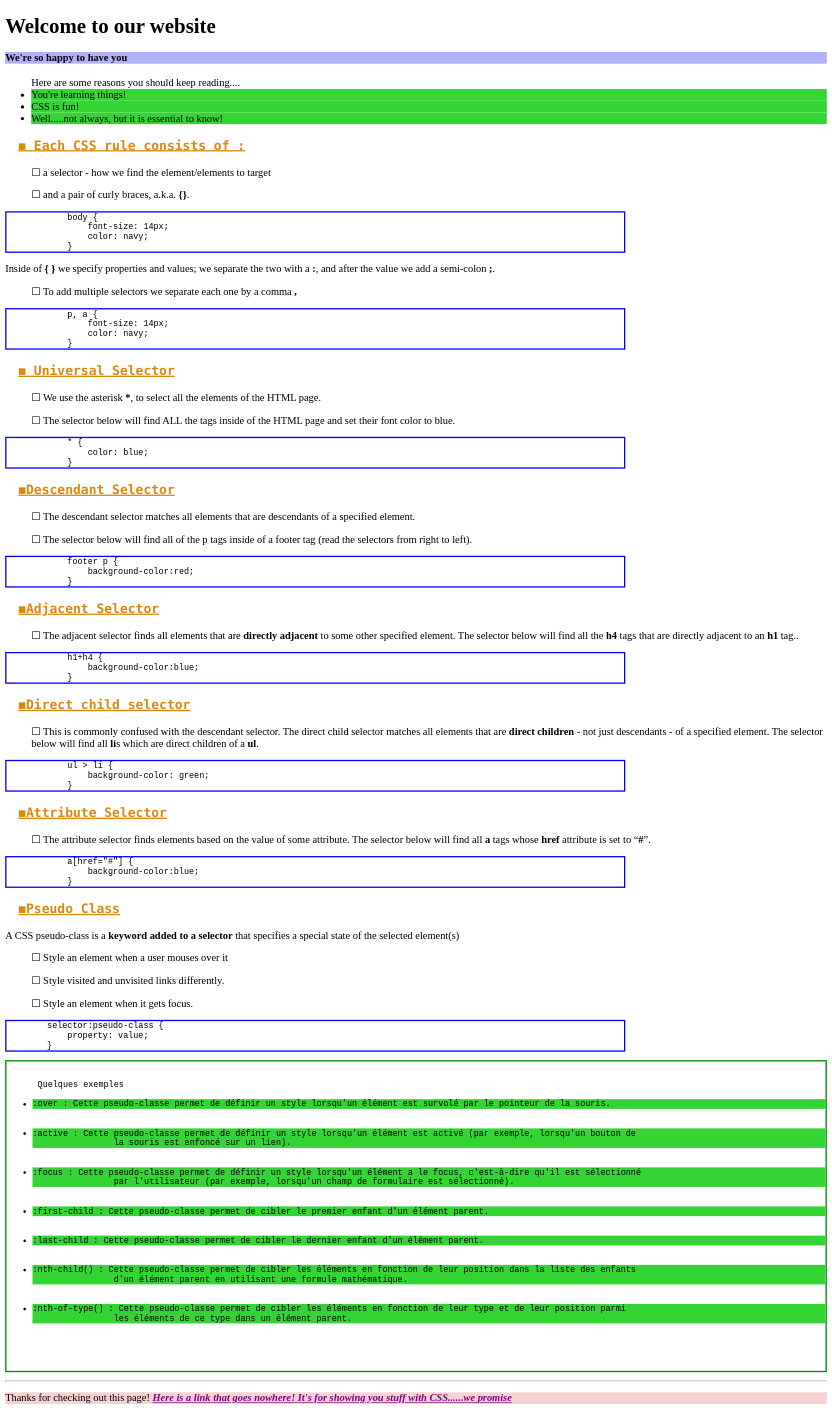
Repository: AnnaSpirit/Tests__
Page: CSS/Useful_Selectors.html
An editor plug-in stored every save of this project. The page is shown before and after the next save, followed by the edit.
The browser window is 1280 px wide. The pictures show the whole page, at 65% of full size.

Above is the page before, as saved 2024-04-01 18:07:36.

### CSS/Useful_Selectors.html
<!DOCTYPE html>
<html lang="en">
<head>
    <meta charset="UTF-8">
    <meta name="viewport" content="width=device-width, initial-scale=1.0">
    <title>Useful Selectors</title>
    <link rel="stylesheet" href="style_Selectors.css">
</head>
<body>
    <header>
        <h1>Welcome to our website</h1>
        <h4>We're so happy to have you</h4>
    </header>
    <section>
        <ul> Here are some reasons you should keep reading....
            <li>You're learning things!</li>
            <li>CSS is fun!</li>
            <li>Well.....not always, but it is essential to know!</li>
        </ul>
    </section>
    <section>
        <h3 style="padding-left: 20px;"> &#9724; Each CSS rule consists of :</h3>
            <p style="padding-left: 40px;"> &#9744; a selector - how we find the element/elements to target</p>
            <p style="padding-left: 40px;"> &#9744; and a pair of curly braces, a.k.a. <b>{}</b>.</p>
    <span >
        <pre style="border: 2px solid blue; margin-right: 310px">
            body {
                font-size: 14px;
                color: navy;
            }</pre></span>
    <p>Inside of <b>{ }</b> we specify properties and values; we separate the two with a <b>:</b>, and after the value we add a semi-colon <b>;</b>.</p>
            <p style="padding-left: 40px;"> &#9744; To add multiple selectors we separate each one by a comma <b>,</b></p>
    <span>
        <pre style="border: 2px solid blue; margin-right: 310px">
            p, a {
                font-size: 14px;
                color: navy;
            }</pre>
        </span>
        <h3 style="padding-left: 20px;"> &#9724; Universal Selector</h3>
        <p style="padding-left: 40px;">&#9744; We use the asterisk <b>*</b>, to select all the elements of the HTML page.</p>
        <p style="padding-left: 40px;">&#9744; The selector below will find ALL the tags inside of the HTML page and set their font color to blue.</p>
    <span>
        <pre style="border: 2px solid blue; margin-right: 310px">
            * {
                color: blue;
            }</pre>
    </span>
    <h3 style="padding-left: 20px;"> &#9724;Descendant Selector</h3>
    <p style="padding-left: 40px;">&#9744; The descendant selector matches all elements that are descendants of a specified element.</p>
    <p style="padding-left: 40px;">&#9744; The selector below will find all of the p tags inside of a footer tag (read the selectors from right to left).</p>
    <span>
        <pre style="border: 2px solid blue; margin-right: 310px">
            footer p {
                background-color:red;
            }</pre>
    </span>
    <h3 style="padding-left: 20px;"> &#9724;Adjacent Selector</h3>
    <p style="padding-left: 40px;">&#9744; The adjacent selector finds all elements that are <b>directly adjacent</b> to some other specified element. The selector below
    will find all the <b>h4</b> tags that are directly adjacent to an <b>h1</b> tag..</p>
    <span>
        <pre style="border: 2px solid blue; margin-right: 310px">
            h1+h4 {
                background-color:blue;
            }</pre>
    </span>
    <h3 style="padding-left: 20px;"> &#9724;Direct child selector</h3>
    <p style="padding-left: 40px;">&#9744; This is commonly confused with the descendant selector. The direct child selector matches all elements that are <b>direct
    children</b> - not just descendants - of a specified element. The selector below will find all <b>li</b>s which are direct children
    of a <b>ul</b>.</p>
    <span>
        <pre style="border: 2px solid blue; margin-right: 310px">
            ul > li {
                background-color: green;
            }</pre>
    </span>
    <h3 style="padding-left: 20px;"> &#9724;Attribute Selector</h3>
    <p style="padding-left: 40px;">&#9744; The attribute selector finds elements based on the value of some attribute. The selector below will find all <b>a</b> tags
    whose <b>href</b> attribute is set to “<b>#</b>”.</p>
    <span>
        <pre style="border: 2px solid blue; margin-right: 310px">
            a[href="#"] {
                background-color:blue;
            }</pre>
    </span>

    <h3 style="padding-left: 20px;"> &#9724;Pseudo Class</h3>
    <p>A CSS pseudo-class is a <b> keyword added to a selector</b> that specifies a special state of the selected element(s)</p>
    <p style="padding-left: 40px;">&#9744; Style an element when a user mouses over it</p>
    <p style="padding-left: 40px;">&#9744; Style visited and unvisited links differently.</p>
    <p style="padding-left: 40px;">&#9744; Style an element when it gets focus.</p>
    <span>
        <pre style="border: 2px solid blue; margin-right: 310px">
        selector:pseudo-class {
            property: value;
        }</pre>
    </span>
    <span>
        <pre style="border: 2px solid green";>
            <ul> Quelques exemples
                <li>:over : Cette pseudo-classe permet de définir un style lorsqu'un élément est survolé par le pointeur de la souris.</li>
                <li>:active : Cette pseudo-classe permet de définir un style lorsqu'un élément est activé (par exemple, lorsqu'un bouton de
                la souris est enfoncé sur un lien).</li>
                <li>:focus : Cette pseudo-classe permet de définir un style lorsqu'un élément a le focus, c'est-à-dire qu'il est sélectionné
                par l'utilisateur (par exemple, lorsqu'un champ de formulaire est sélectionné).</li>
                <li>:first-child : Cette pseudo-classe permet de cibler le premier enfant d'un élément parent.</li>
                <li>:last-child : Cette pseudo-classe permet de cibler le dernier enfant d'un élément parent.</li>
                <li>:nth-child() : Cette pseudo-classe permet de cibler les éléments en fonction de leur position dans la liste des enfants
                d'un élément parent en utilisant une formule mathématique.</li>
                <li>:nth-of-type() : Cette pseudo-classe permet de cibler les éléments en fonction de leur type et de leur position parmi
                les éléments de ce type dans un élément parent.</li>
            </ul>
        </pre>
    </span>
    </section>
    <hr>
    <footer>

        <p>
            Thanks for checking out this page!
            <a href="#">Here is a link that goes nowhere! It's for showing you stuff with CSS......we promise</a>
        </p>
    </footer>
</body>
</html>

### CSS/style_Selectors.css
/* Universal Selector */
/* * {
    color: brown;
} */
ul>li {
    background-color: rgb(53, 212, 53);
}

h3{
    color: rgb(218, 137, 14);
    font-family: "Lucida Console", Monaco, monospace;
    font-size: 20px;
    color: #DA890E;
    text-decoration: underline rgb(218, 137, 14);
}
h1+h4 {
    background-color: rgb(178, 178, 248);
}
a[href="#"] {
    color: purple;
    font-weight: bold;
    font-style: italic;
}

footer p {
    background-color: rgb(245, 211, 211);
}

After the next save:
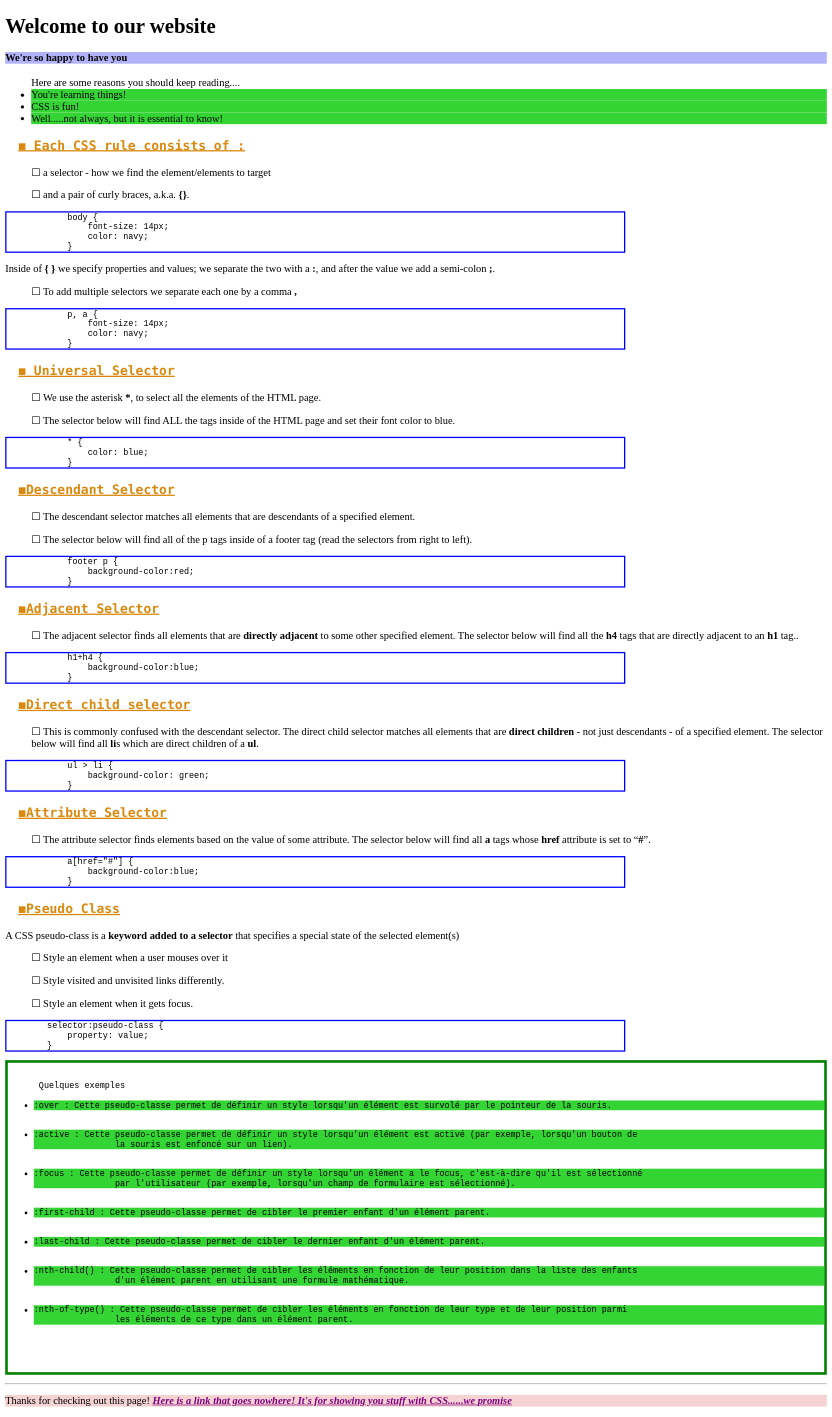
Saved 35 s later.
--- a/CSS/Useful_Selectors.html
+++ b/CSS/Useful_Selectors.html
@@ -96,7 +96,7 @@
         }</pre>
     </span>
     <span>
-        <pre style="border: 2px solid green";>
+        <pre style="border: 4px solid green";>
             <ul> Quelques exemples
                 <li>:over : Cette pseudo-classe permet de définir un style lorsqu'un élément est survolé par le pointeur de la souris.</li>
                 <li>:active : Cette pseudo-classe permet de définir un style lorsqu'un élément est activé (par exemple, lorsqu'un bouton de
